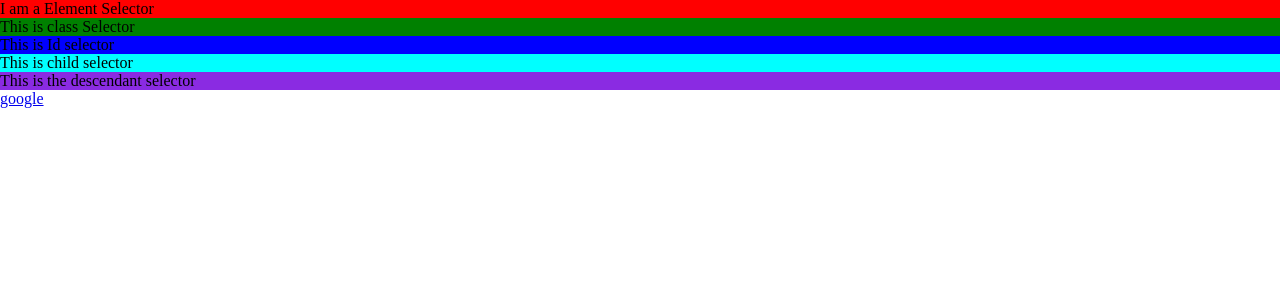
Repository: diensy/Web_dev
Page: first.css/selector.html
An editor plug-in stored every save of this project. The page is shown before and after a run of saves, followed by the edit.
The browser window is 1280 px wide. The pictures show the whole page.
The pointer rests on the first visible `a`.

Above is the page before, as saved 2024-05-17 23:36:09.

After the next 2 saves:
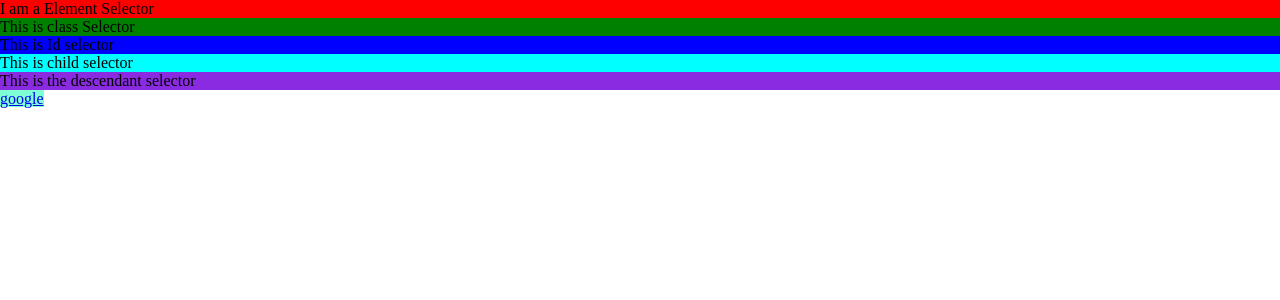
The 2 saves are shown as one change because they came seconds apart.
The last was saved 15 s later.
--- a/first.css/selector.html
+++ b/first.css/selector.html
@@ -37,8 +37,8 @@
       a:active {
         background-color: red;
       }
-      a:hover{
-
+      a:hover {
+        background-color: aquamarine;
       }
     </style>
   </head>
